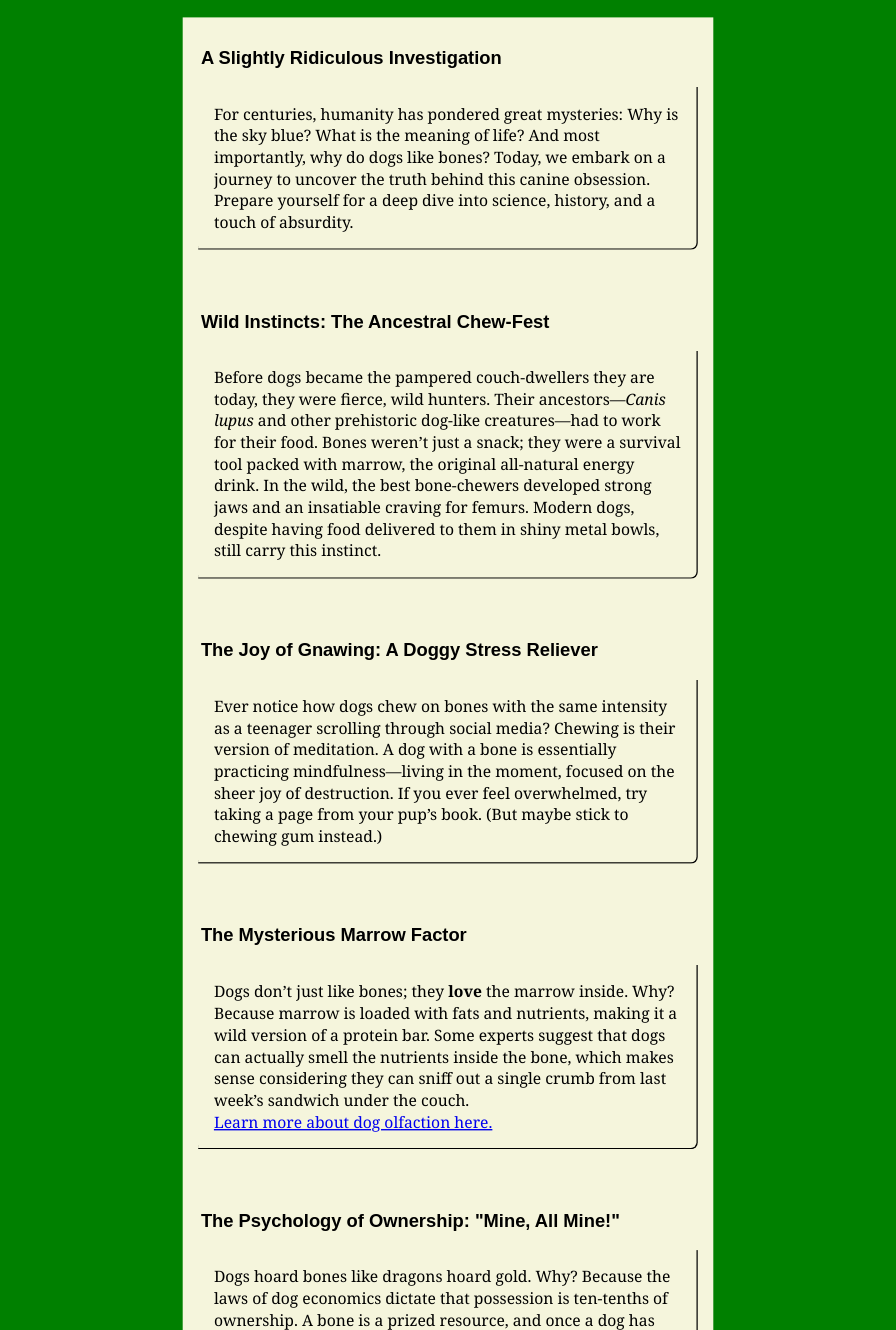
Repository: Leith-vdl/apprentice-challenge-1
Page: index.html
An editor plug-in stored every save of this project. The page is shown before and after a run of saves, followed by the edit.
The browser window is 1280 px wide. The pictures show the part of the page from y = 97 to 1997 px (the page is 3091 px tall), at 70% of full size.
A picture or video elsewhere on the page could not be fetched, so the positions and the page height are approximate. Some web fonts or font styles are not loaded; a fallback is used.

Above is the page before, as saved 2025-02-06 09:20:03.

### index.html
<!DOCTYPE html>
<html lang="en">
<head>
    <meta charset="UTF-8">
    <meta name="viewport" content="width=device-width, initial-scale=1.0">

    <title>Why Dogs Love Bones</title>
    <link rel="stylesheet" href="styles/styles.css">
    <link rel="preconnect" href="https://fonts.googleapis.com">
    <link rel="preconnect" href="https://fonts.gstatic.com" crossorigin>
    <link href="https://fonts.googleapis.com/css2?family=Atma:wght@300;400;500;600;700&family=Merriweather:ital,wght@0,300;0,400;0,700;0,900;1,300;1,400;1,700;1,900&family=Roboto:ital,wght@0,100..900;1,100..900&family=Slabo+27px&display=swap" rel="stylesheet">
</head>
<body>
    <header class="page-header">
        <img src="/img/giphy.gif" alt="bone gif" class="bone-gif">
        <h1 class="page-header-title">
            Why Dogs Love Bones
        </h1>
    </header>
    <main>
        <section class="page-content-section">
            <h3 class="section-title">A Slightly Ridiculous Investigation</h3>
            <p class="section-main-text">
                For centuries, humanity has pondered great mysteries: Why is the sky blue? What is the
                meaning of life? And most importantly, why do dogs like bones? Today, we embark on a
                journey to uncover the truth behind this canine obsession. Prepare yourself for a deep dive into
                science, history, and a touch of absurdity.
            </p>
        </section>
        <section class="page-content-section">
            <h3 class="section-title">Wild Instincts: The Ancestral Chew-Fest</h3>
            <p class="section-main-text">
                Before dogs became the pampered couch-dwellers they are today, they were fierce, wild
                hunters. Their ancestors—<i>Canis lupus</i> and other prehistoric dog-like creatures—had to work for
                their food. Bones weren’t just a snack; they were a survival tool packed with marrow, the
                original all-natural energy drink. In the wild, the best bone-chewers developed strong jaws
                and an insatiable craving for femurs. Modern dogs, despite having food delivered to them in
                shiny metal bowls, still carry this instinct.
            </p>
        </section class="page-content-section">
        <section class="page-content-section">
            <h3 class="section-title">The Joy of Gnawing: A Doggy Stress Reliever</h3>
            <p class="section-main-text">
                Ever notice how dogs chew on bones with the same intensity as a teenager scrolling through
                social media? Chewing is their version of meditation. A dog with a bone is essentially practicing
                mindfulness—living in the moment, focused on the sheer joy of destruction. If you ever feel
                overwhelmed, try taking a page from your pup’s book. (But maybe stick to chewing gum
                instead.)
            </p>
        </section>
        <section class="page-content-section">
            <h3 class="section-title">The Mysterious Marrow Factor</h3>
            <p class="section-main-text">
                Dogs don’t just like bones; they <b>love</b> the marrow inside. Why? Because marrow is loaded with
                fats and nutrients, making it a wild version of a protein bar. Some experts suggest that dogs
                can actually smell the nutrients inside the bone, which makes sense considering they can sniff
                out a single crumb from last week’s sandwich under the couch.<br>
                <a href="https://vcahospitals.com/know-your-pet/how-dogs-use-smell-to-perceive-the-world" target="_blank">Learn more about dog olfaction here.</a>
            </p>
        </section>
        <section class="page-content-section">
            <h3 class="section-title">The Psychology of Ownership: "Mine, All Mine!"</h3>
            <p class="section-main-text">
                Dogs hoard bones like dragons hoard gold. Why? Because the laws of dog economics dictate
                that possession is ten-tenths of ownership. A bone is a prized resource, and once a dog has
                claimed it, even the friendliest <i>Canis familiaris</i> transforms into Gollum from <i>Lord of the Rings.</i>
                You could offer them filet mignon, but they’ll still cling to that dry, chewed-up bone like it’s the
                last treasure on Earth.<br>
                <a href="https://www.battersea.org.uk/pet-advice/dog-advice/dealing-resource-guarding?gad_source=1&gclid=Cj0KCQiAhvK8BhDfARIsABsPy4h3CRlVVPVANZfAc-HngzDTwKg5KUgeNuAmZD8EIJDuwS7ktlBpRYQaAjNyEALw_wcB" target="_blank">Read about canine resource guarding here.</a>
            </p>
        </section>
        <section class="page-content-section">
            <h3 class="section-title">The Great Human Conspiracy</h3>
            <p class="section-main-text">
                Have you ever considered that dogs love bones simply because <i>we</i> told them to? Dogs are
                masters of human manipulation. They wag their tails, tilt their heads, and suddenly we’re
                handing over treats like an ATM with no withdrawal limit. Somewhere along the line, dogs
                probably figured out that humans love the idea of dogs loving bones. And now they’re just
                playing along to keep the gravy train rolling. Clever pups.
            </p>
        </section>
        <section class="page-content-section">
            <h3 class="section-title">Conclusion: The Bone-Afide Truth</h3>
            <p class="section-main-text">
                So why do dogs love bones? Wild instincts, stress relief, nutrition, ownership instincts, and
                possibly a grand canine conspiracy. Whether it’s a remnant of their <i>Canis lupus</i> ancestry or an
                elaborate ruse, one thing is clear: dogs and bones are a match made in heaven. And honestly,
                who can blame them?
            </p>
        </section>
    </main>
    <footer class="page-footer">
        <p>
            For further reading on canine behaviour, click <a href="https://en.wikipedia.org/wiki/Dog_behavior" target="_blank">here.</a>
        </p>
    </footer>
</body>
</html>

### styles/styles.css
body {
    font-size: 1.4em;
    font-family: Georgia, 'Times New Roman', Times, serif;
    background-color: green;
}

main {
    margin: 0 20%;
    background-color: beige;
}


/* add a blur effect to thew background, a picture of a park or something */
/* color the body element, and add a drop-shadow */


img.bone-gif, h1.page-header-title {
    width: 4em;
    height: auto;
    display: inline;
    vertical-align: middle;
}

header.page-header {
    border-bottom: 2px solid black;
}

h1.page-header-title, h3.section-title {
    font-family: sans-serif;
    padding: 1.6em 0 0 1em;
}

section.page-content-section {
    margin: 2em 0;
}

p.section-main-text, p.section-main-text1 {
    border-bottom: 2px solid black;
    border-radius: 10px;
}

p.section-main-text {
    margin: 1em;
    padding: 1em;
    border-right: 2px solid black;
    border-radius: 0 0 10px 0;
}

a:hover {
    font-style: italic;
}

footer.page-footer {
    text-align: center;
    font-weight: bold;
}

@media screen and (max-width: 480px) {
   body {
    font-size: 1em;
   }

    main {
        margin: 0 10%;
    }

    .page-header-title {
        font-size: 1.2em;
    }

    footer.page-footer {
        font-size: 0.8em;
    }



}

After the next 2 saves:
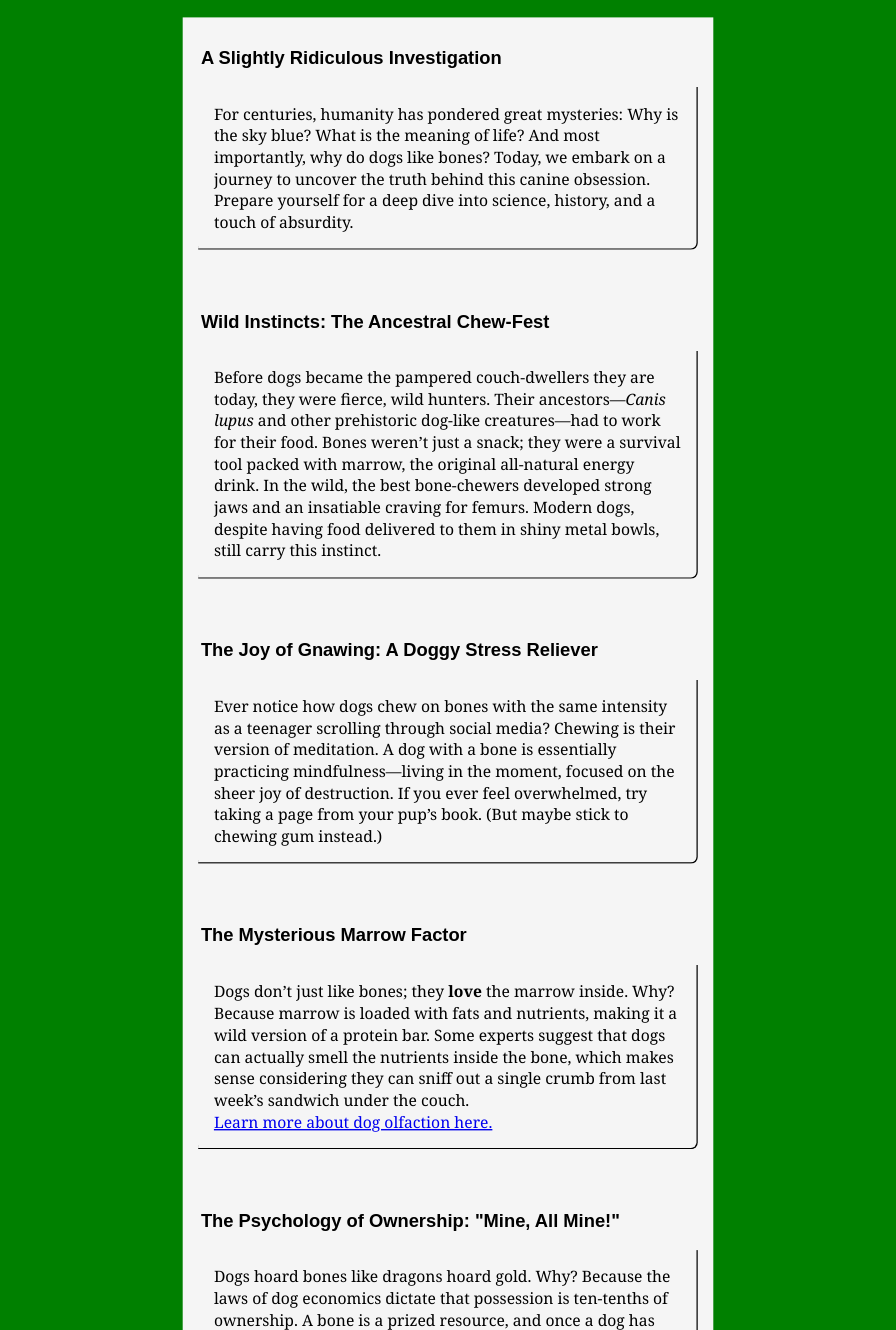
The 2 saves are shown as one change because they came seconds apart.
The last was saved 26 s later.
--- a/styles/styles.css
+++ b/styles/styles.css
@@ -6,7 +6,7 @@ body {
 
 main {
     margin: 0 20%;
-    background-color: beige;
+    background-color: whitesmoke;
 }
 
 
